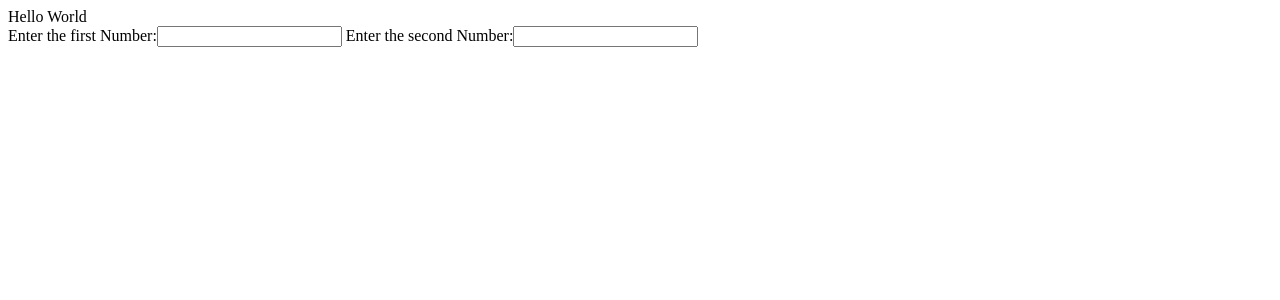
Repository: eyueltafesse/myFirstRepo
Page: servlet/servletdemo/WebContent/index.html
An editor plug-in stored every save of this project. The page is shown before and after the next save, followed by the edit.
The browser window is 1280 px wide. The pictures show the whole page.

Above is the page before, as saved 2021-04-05 02:12:59.

After the next save:
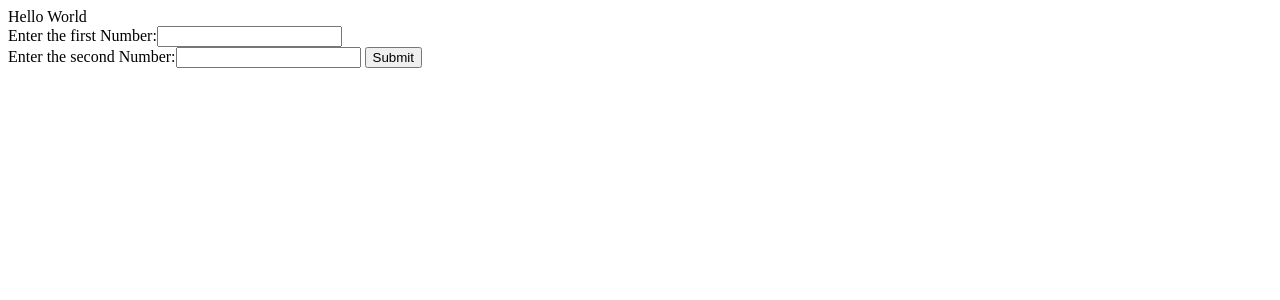
Saved 93 s later.
--- a/servlet/servletdemo/WebContent/index.html
+++ b/servlet/servletdemo/WebContent/index.html
@@ -5,8 +5,9 @@ Hello World
 
   <form action="">
 
-  Enter the first Number:<input type="text" name="num1">
+  Enter the first Number:<input type="text" name="num1"><br>
   Enter the second Number:<input type="text" name="num2">
+  <input type="submit">
 
   </form>
 
